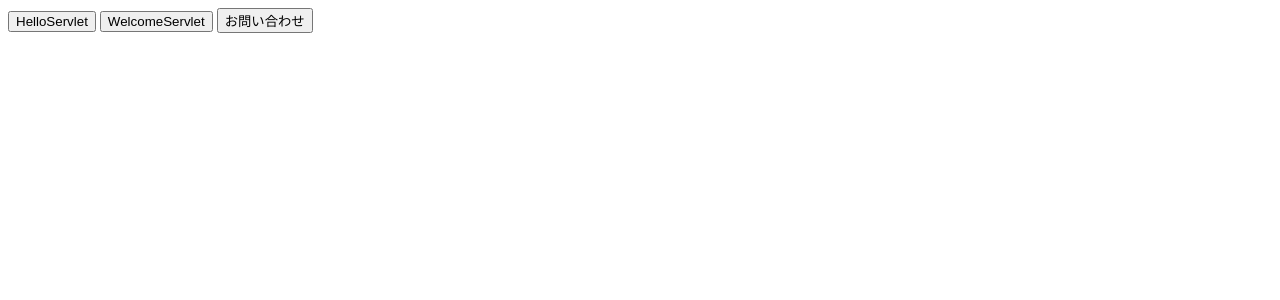
Repository: hijiri00018/test
Page: http://localhost/HelloServlet/
The author's editor kept a copy of each file at every save. The page is drawn from the files as they stood at one save, then again after the next save.
The browser window is 1280 px wide. The pictures show the whole page.
The page is served by Tomcat 9. Other server files are loaded and not shown.

Above is the page before, as saved 2018-12-20 08:51:10.

### HelloServlet/WebContent/index.jsp
<%@ page language="java" contentType="text/html; charset=UTF-8"
    pageEncoding="UTF-8"%>
<!DOCTYPE html">
<html>
<head>
<meta charset="UTF-8">
<title>HelloServlet</title>
</head>
<body>
<input type="button" value="HelloServlet" onClick="location.href='HelloServlet'">
<input type="button" value="WelcomeServlet" onClick="location.href='welcome.jsp'">
<input type="button" value="お問い合わせ" onClick="location.href='inquiry.jsp'">
</body>
</html>

After the next save:
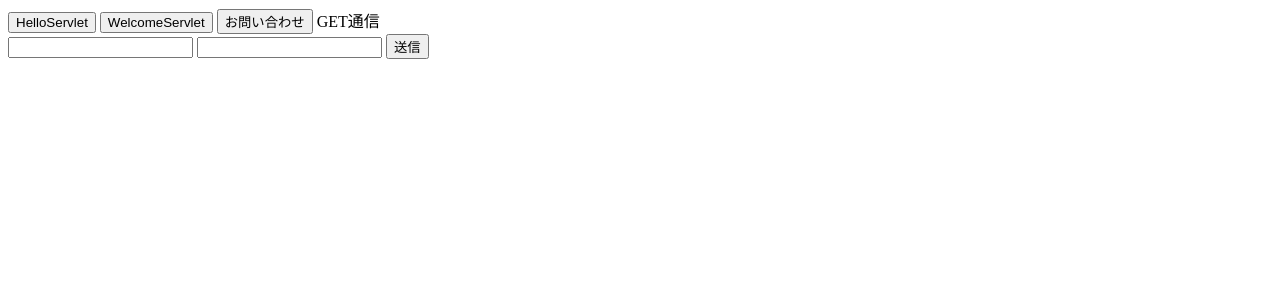
Saved 16 h 17 min later.
--- a/HelloServlet/WebContent/index.jsp
+++ b/HelloServlet/WebContent/index.jsp
@@ -10,5 +10,11 @@
 <input type="button" value="HelloServlet" onClick="location.href='HelloServlet'">
 <input type="button" value="WelcomeServlet" onClick="location.href='welcome.jsp'">
 <input type="button" value="お問い合わせ" onClick="location.href='inquiry.jsp'">
+GET通信
+<form method ="get" action="TestServlet">
+<input type="text" name="username">
+<input type="password" name="password">
+<input type="submit" value="送信">
+</form>
 </body>
 </html>
